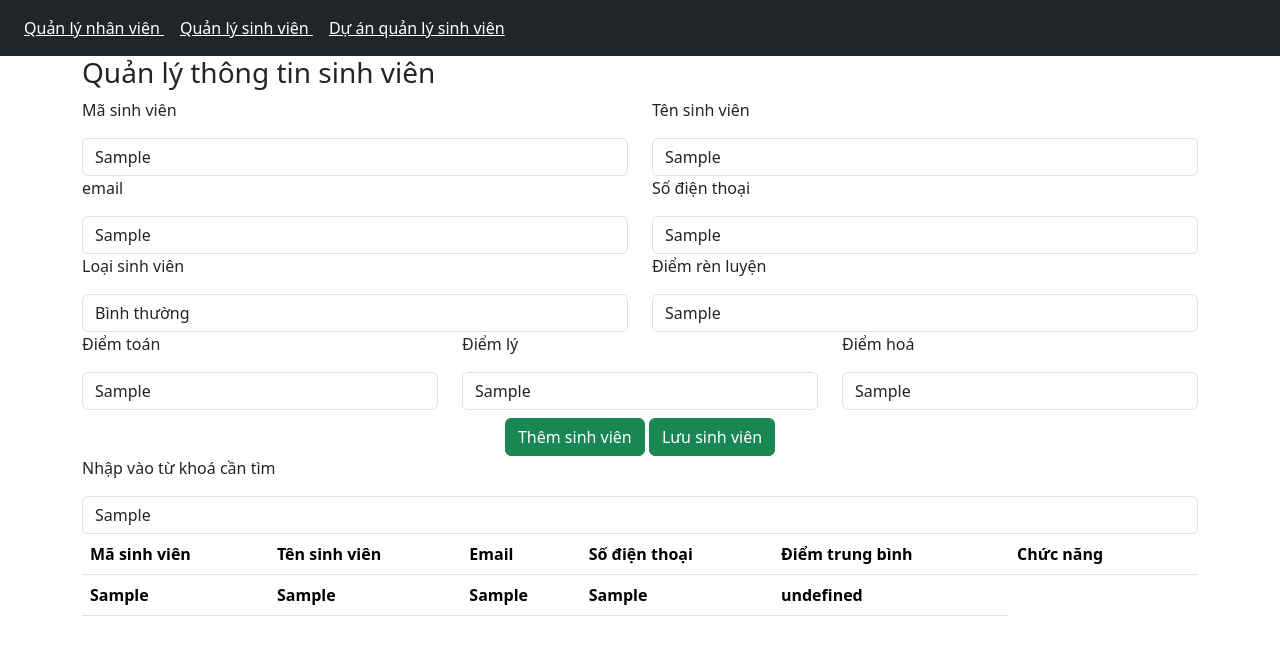
Repository: KhoiNguyen77/JS-Buoi-9--10
Page: duan_qlsv.html
An editor plug-in stored every save of this project. The page is shown before and after the next save, followed by the edit.
The browser window is 1280 px wide. The pictures show the whole page.
Empty fields were first filled with sample values (such as "Sample", 5 or name@example.com).
After loading, the first visible `#frmSinhVien` was submitted once.

Above is the page before, as saved 2023-03-28 10:11:31.

After the next save:
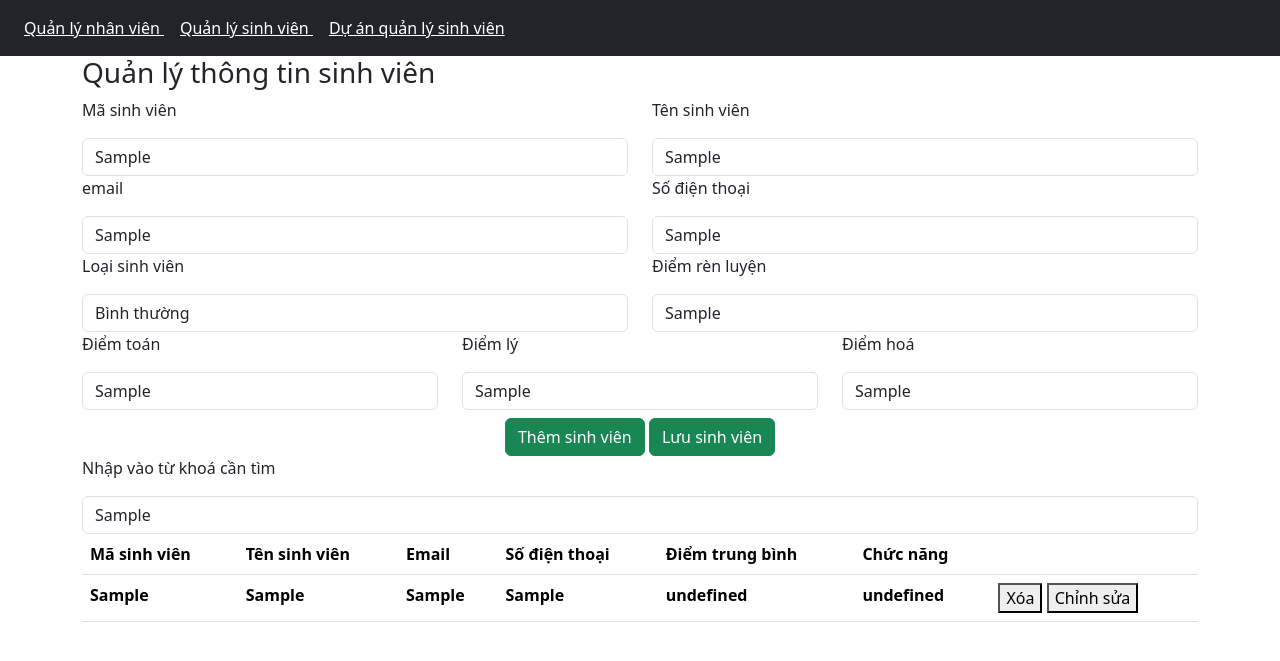
Saved 84 s later.
--- a/controllers/duan_qlsv.js
+++ b/controllers/duan_qlsv.js
@@ -31,6 +31,11 @@ render = (array) => {
         <th>${sv.email}</th>
         <th>${sv.soDienThoai}</th>
         <th>${sv.diemTrungBinh}</th>
+        <th>${sv.diemTrungBinh}</th>
+        <th>
+        <button>Xóa</button>
+        <button>Chỉnh sửa</button>
+        </th>
     </tr>
     `;
   });
